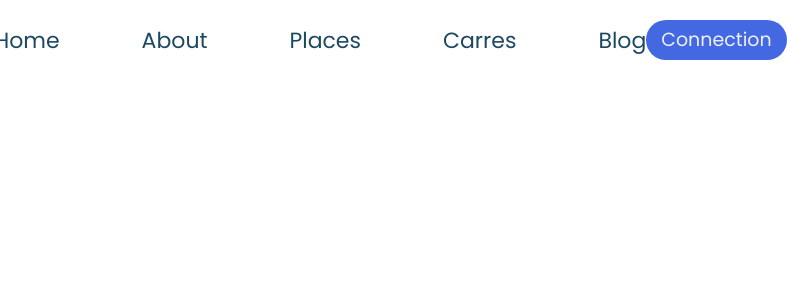
Repository: kuluong2000/travel
Page: index.html
These files come from the project's save history. The page is drawn as it stood at one moment and after the next save; the edit follows.
The browser window is 600 px wide. The page is 787 px wide, then 618 px, so the pictures cover 787 px, including what lies to the right of the window. The pictures show the whole page.
The style sheet was rebuilt from its Sass, Less or Tailwind sources for each picture, by a compiler version that may differ from the author's.

Above is the page before, as saved 2021-09-03 22:18:54.

### index.html
<!DOCTYPE html>
<html lang="en">
  <head>
    <meta charset="UTF-8" />
    <meta http-equiv="X-UA-Compatible" content="IE=edge" />
    <meta name="viewport" content="width=device-width, initial-scale=1.0" />
    <link rel="stylesheet" href="./libs/css/bootstrap.min.css" />
    <link rel="stylesheet" href="./libs/css/animate.css" />
    <link rel="stylesheet" href="./libs/css/slick-theme.css" />
    <link rel="stylesheet" href="./libs/css/slick.css" />
    <link rel="stylesheet" href="./assets/css/reset.css" />
    <link rel="stylesheet" href="./assets/css/style.css" />
    <link rel="stylesheet" href="./assets/css/responsive.css" />
    <title>Document</title>
  </head>
  <body>
    <header class="header">
      <div class="container">
        <div class="row">
          <div class="header__main">
            <div class="header__logo">
              <a href="/">
                <img src="./assets/image/logo.png" alt="" srcset="" />
              </a>
            </div>
            <div class="sub-menu">
              <div class="line1"></div>
              <div class="line2"></div>
              <div class="line3"></div>
            </div>
            <nav>
              <ul class="header__menu">
                <li class="header__menu__item">
                  <a class="header__mennu__item__link" href="/">Home</a>
                </li>
                <li class="header__menu__item">
                  <a class="header__mennu__item__link" href="/">About</a>
                </li>
                <li class="header__menu__item">
                  <a class="header__mennu__item__link" href="/">Places</a>
                </li>
                <li class="header__menu__item">
                  <a class="header__mennu__item__link" href="/">Carres</a>
                </li>
                <li class="header__menu__item">
                  <a class="header__mennu__item__link" href="/">Blog</a>
                </li>
              </ul>
            </nav>
            <a href="#" class="header__conn"> Connection </a>
          </div>
        </div>
      </div>
    </header>

    <script src="./libs/Js/jquery-3.5.1.slim.min.js"></script>
    <script src="./libs/Js/bootstrap.min.js"></script>
    <script src="./libs/Js/slick.min.js"></script>
    <script src="./libs/Js/wow.js"></script>
  </body>
</html>

### assets/css/reset.css
html, body, div, span, applet, object, iframe,
h1, h2, h3, h4, h5, h6, p, blockquote, pre,
a, abbr, acronym, address, big, cite, code,
del, dfn, em, img, ins, kbd, q, s, samp,
small, strike, strong, sub, sup, tt, var,
b, u, i, center,
dl, dt, dd, ol, ul, li,
fieldset, form, label, legend,
table, caption, tbody, tfoot, thead, tr, th, td,
article, aside, canvas, details, embed,
figure, figcaption, footer, header, hgroup,
menu, nav, output, ruby, section, summary,
time, mark, audio, video {
	margin: 0;
	padding: 0;
	border: 0;
	font-size: 100%;
	vertical-align: baseline;
}
/* HTML5 display-role reset for older browsers */
article, aside, details, figcaption, figure,
footer, header, hgroup, menu, nav, section {
	display: block;
}
* {
	box-sizing: border-box;
}
body {
	line-height: 1;
  font-family: 'Muli', sans-serif;


  font-style: normal;
  font-weight: normal;
  font-size: 16px;
  line-height: 32px;
}
ol, ul {
	list-style: none;
}
blockquote, q {
	quotes: none;
}
blockquote:before, blockquote:after,
q:before, q:after {
	content: '';
	content: none;
}
table {
	border-collapse: collapse;
	border-spacing: 0;
}

img {
  max-width: 100%;
	vertical-align: bottom;
}
a {
	outline: none;
}

### assets/css/responsive.css

@media (min-width:1920px){
    .container{
        max-width: 1804px;
    }
}
@media (min-width:1400px) and (max-width:1919px){

}
@media (min-width:1200px) and (max-width:1399px){

}
@media (min-width:992px) and (max-width:1199px){
    .header__menu__item:not(:first-child) {
        margin-left: 65px;
    }
}
@media (min-width:768px) and (max-width:991px){
    .header__menu__item:not(:first-child) {
        margin-left: 25px;
    }
    .header__conn {

        font-size: 16px;
        padding: 3px 10px;
    }
}
@media  (max-width:767px){
    .container{
        max-width: 100%;
        padding: 0;
        margin:0 1%;
    }
}

### assets/sass/style.scss
@import "global";
@import "variable";
@import "header";

### assets/sass/_global.scss
@import url('https://fonts.googleapis.com/css2?family=Montserrat:wght@300;400;500;600;700;800;900&family=Poppins:wght@300;400;500;600;700;800;900&display=swap');
*{
    padding: 0;
    margin: 0;
    box-sizing: border-box;
}
body{
    font-family: 'Poppins', sans-serif;
    line-height: 1.6;
    font-size: 20px;

}

### assets/sass/_variable.scss
$color-white:#FFFFFF;
$color-dark-blue:#1C4961;
$color-blue:#4468E2;
$color-light-blue:#E1E8F8;
$color-black:#000000;
$color-text:#163235;
$color-gray:#848484

### assets/sass/_header.scss
.header{
    position: relative;
    &__main{
        display:flex;
        justify-content: space-between;
        align-items: center;
        padding:20px 0

    }
    &__logo{
        display: inline-block;

    }
    &__menu{
        display:flex;
        justify-content: space-between;
        align-items: center;

    }
    &__menu__item:not(:first-child){
        margin-left: 82px;
    }
    &__mennu__item__link{
        text-decoration: none;
        color: $color-dark-blue;
        font-size: 22px;
        position: relative;
        &::after{
            content: '';
            position: absolute;
            width: 100%;
            height: 2px;
            background-color: $color-blue;
            left: 0;
            bottom: 0;
            transition: 0.5s;
            transform: scale(0);
        }
        &:hover::after{
            transform: scale(1);
        }
    }
    &__conn{
        text-decoration: none;
        background-color: $color-blue;
        color:rgba($color-white, $alpha: 0.9) ;
        font-size: 19px;
        border-radius: 25px;
        padding:5px 15px;
        transition: 0.5s;

        &:hover{
             color:rgba($color-white, $alpha: 1) ;
            background-color: $color-dark-blue;
        }
    }
}
.sub-menu{
    position: absolute;
    display: none;
}
.sub-menu div {
    cursor: pointer;
    width: 25px;
    height: 3px;
    background-color: $color-dark-blue;
    margin: 5px;
    transition: transform 0.5s linear;
}
.active .line1{
    transform:  rotate(-45deg) translate(-5px,6px);
}
.active .line2{
    opacity: 0;
}
.active .line3{
    transform: rotate(45deg) translate(-5px, -6px);
}

Loaded but not shown: libs/css/bootstrap.min.css (library); libs/css/animate.css (library); libs/css/slick-theme.css (library); libs/css/slick.css (common file); libs/Js/jquery-3.5.1.slim.min.js (library); libs/Js/bootstrap.min.js (library); libs/Js/slick.min.js (library); libs/Js/wow.js (library)

After the next save:
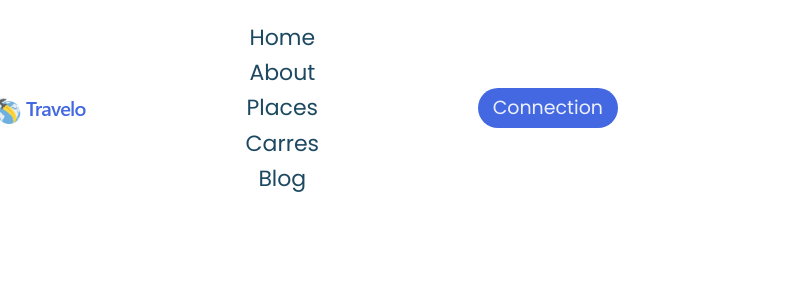
Saved 81 s later.
--- a/assets/css/responsive.css
+++ b/assets/css/responsive.css
@@ -31,4 +31,10 @@
         padding: 0;
         margin:0 1%;
     }
+    .header__menu {
+        flex-direction: column;
+    }
+    .header__menu__item:not(:first-child) {
+        margin-left: 0;
+    }
 }
